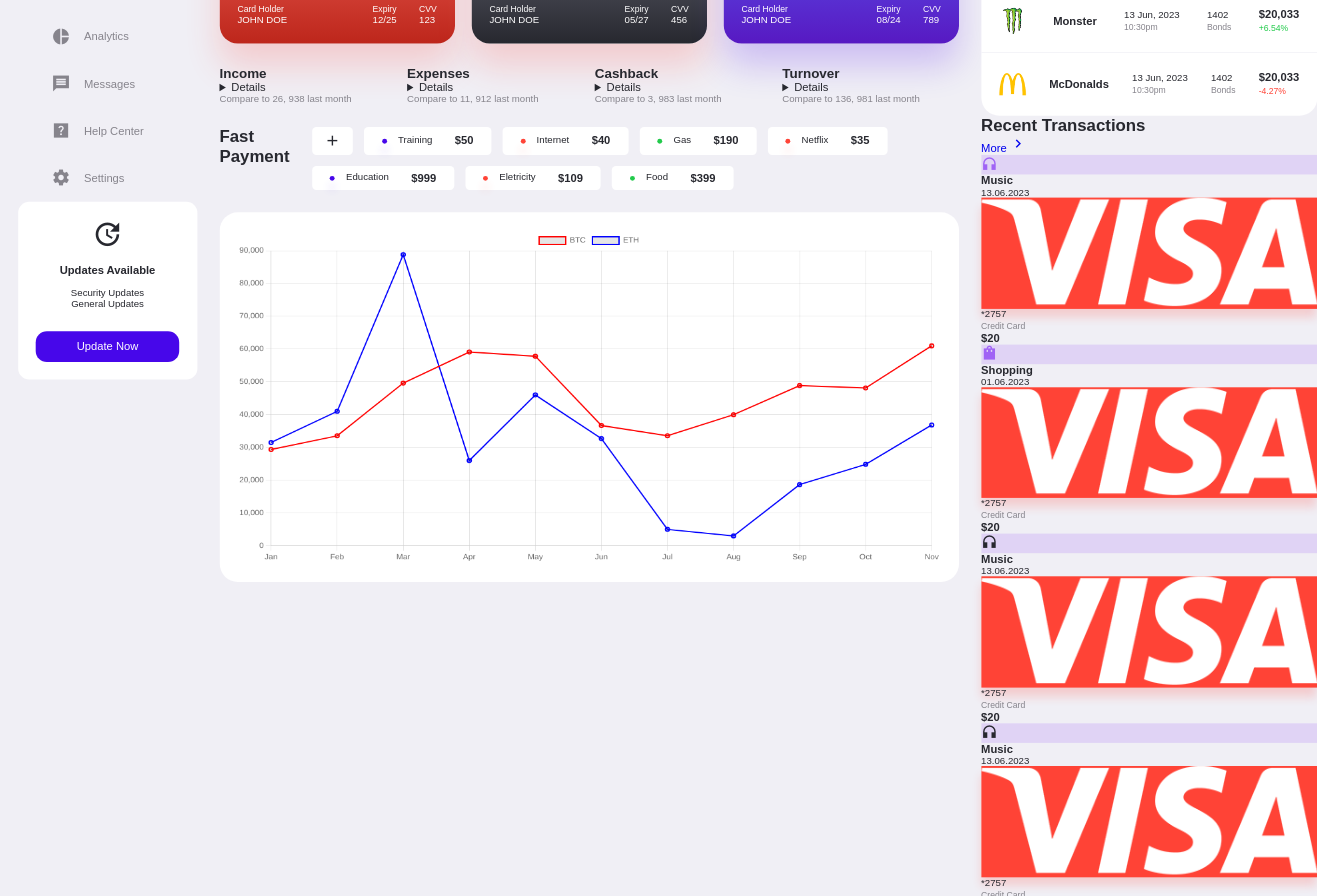
Repository: eziocdl/Admin_Dash
Page: index.html
The author's editor kept a copy of each file at every save. The page is drawn from the files as they stood at one save, then again after the next save.
The browser window is 1280 px wide. The page is 1882 px wide, so the pictures cover 1882 px, including what lies to the right of the window. The pictures show the part of the page from y = 345 to 1625 px (the page is 2255 px tall), at 70% of full size.
Some web libraries are served in a nearby version.

Above is the page before, as saved 2023-06-15 12:07:08.

After the next save:
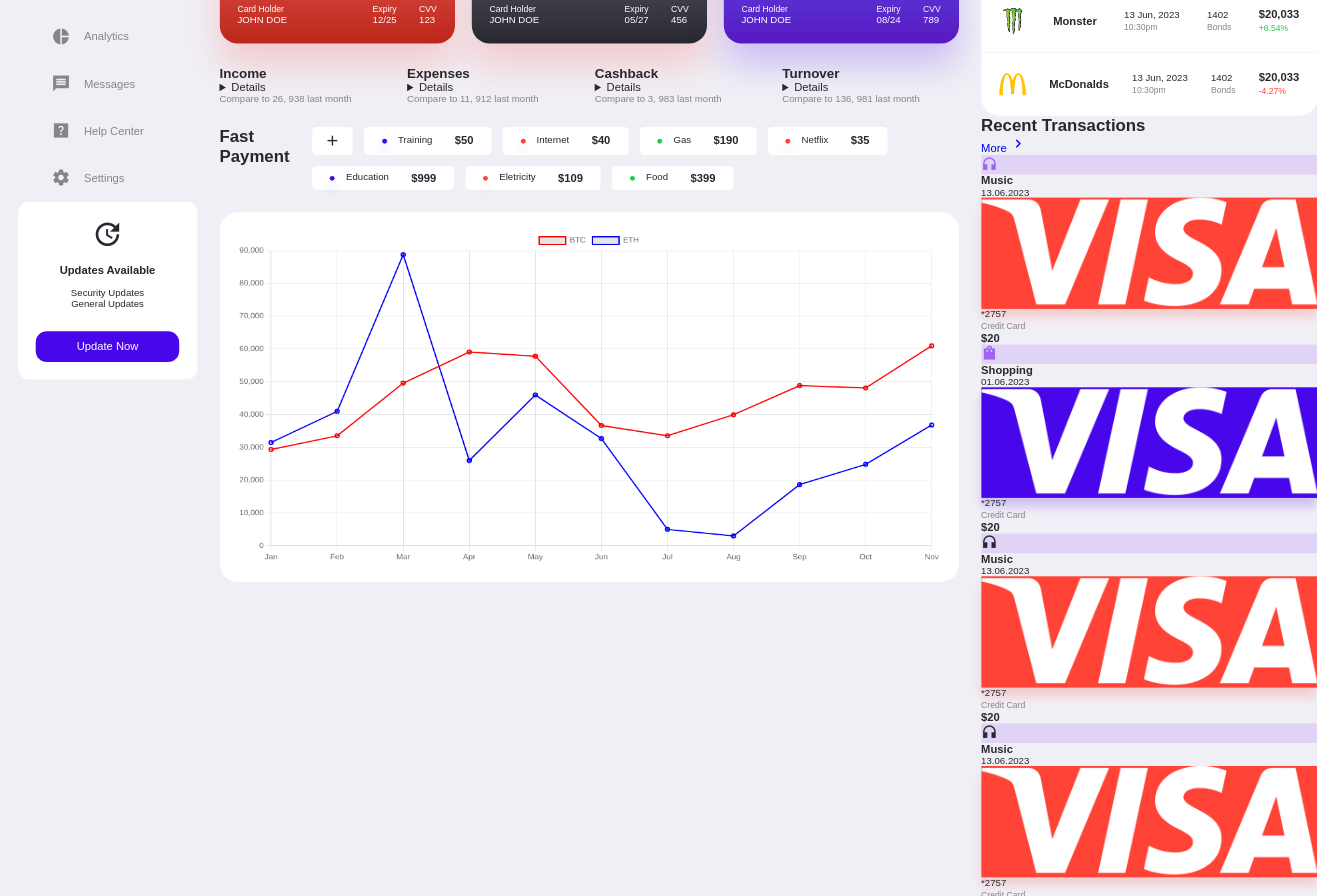
Saved 50 s later.
--- a/index.html
+++ b/index.html
@@ -458,7 +458,7 @@
                         </div>
                     </div>
                     <div class="card-details">
-                        <div class="card bg-danger">
+                        <div class="card bg-primary">
                             <img src="./images/visa.png">
                         </div>
                         <div class="details">
